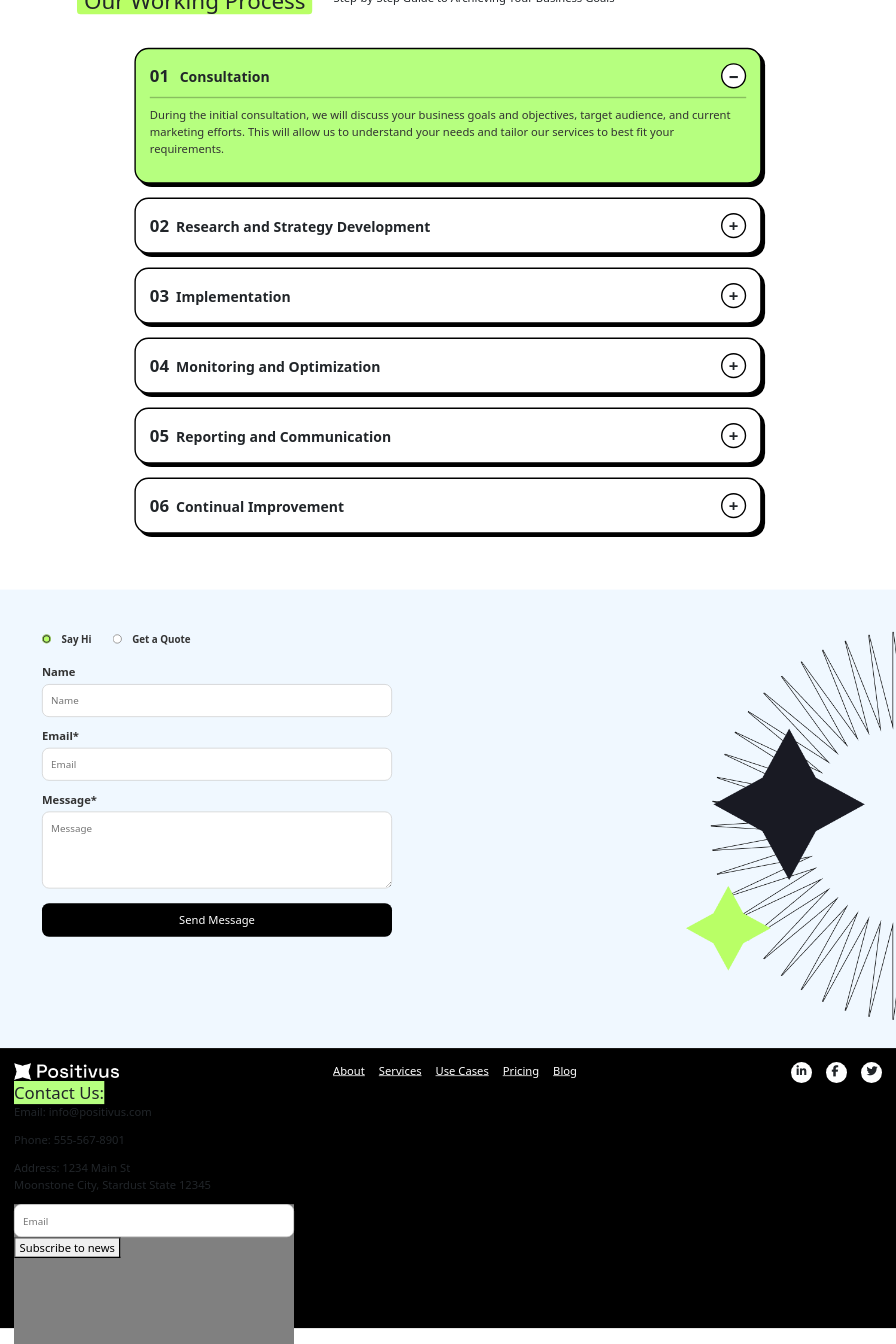
Repository: inshaabbas/CSS-Hackathon-SMIT
Page: index.html
These files come from the project's save history. The page is drawn as it stood at one moment and after a run of saves; the edit follows.
The browser window is 1280 px wide. The pictures show the part of the page from y = 1276 to 3196 px (the page is 3196 px tall before and 3173 px after), at 70% of full size.
A picture or video elsewhere on the page could not be fetched, so the positions and the page height are approximate.

Above is the page before, as saved 2025-06-25 11:02:33.

After the next 3 saves:
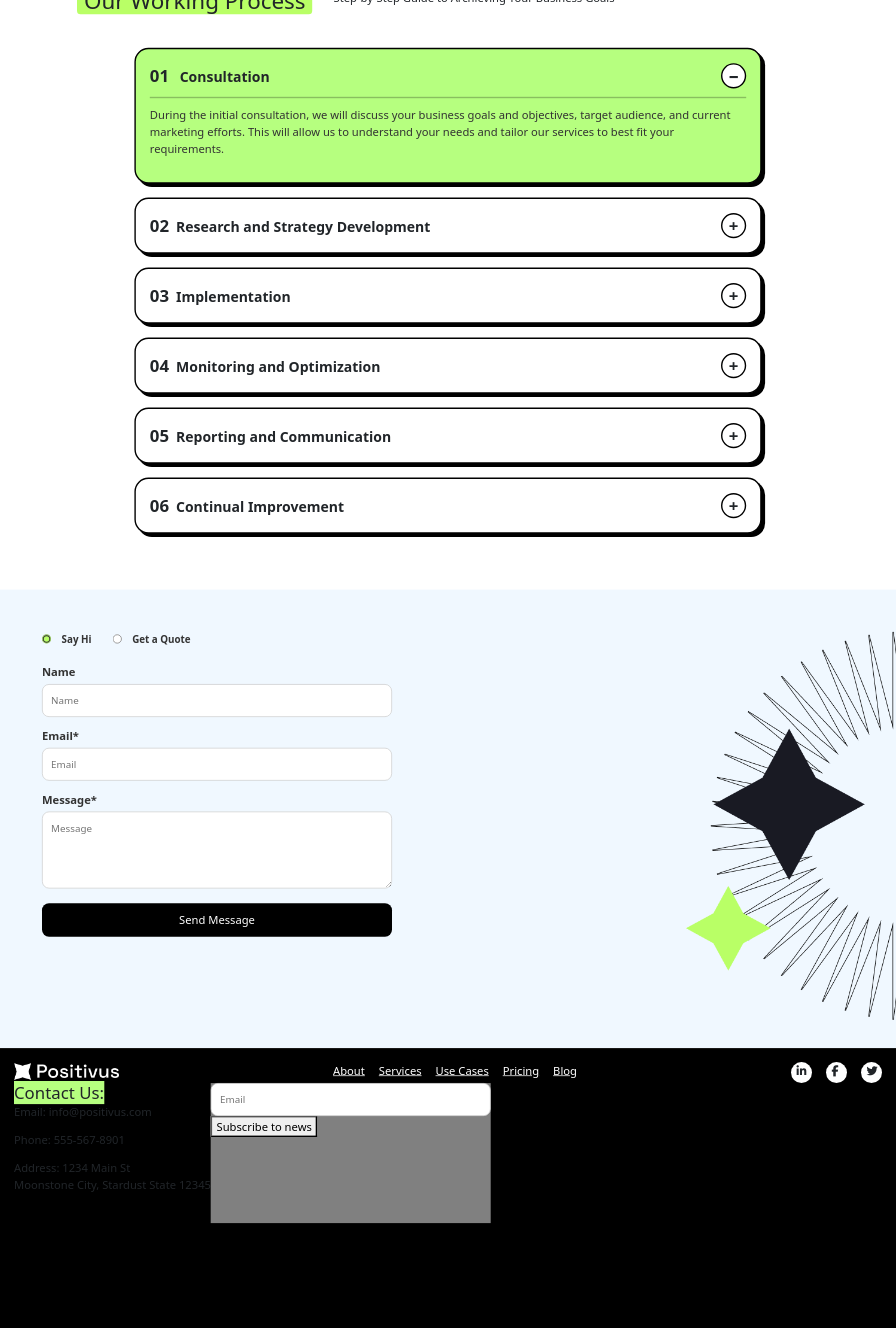
The 3 saves are shown as one change because they came seconds apart.
The last was saved 7 s later.
--- a/style.css
+++ b/style.css
@@ -572,7 +572,7 @@ footer{
 }
 
 .fot-contact{
-    dsi
+    display: flex;
 }
 
 .fot-text h4{
